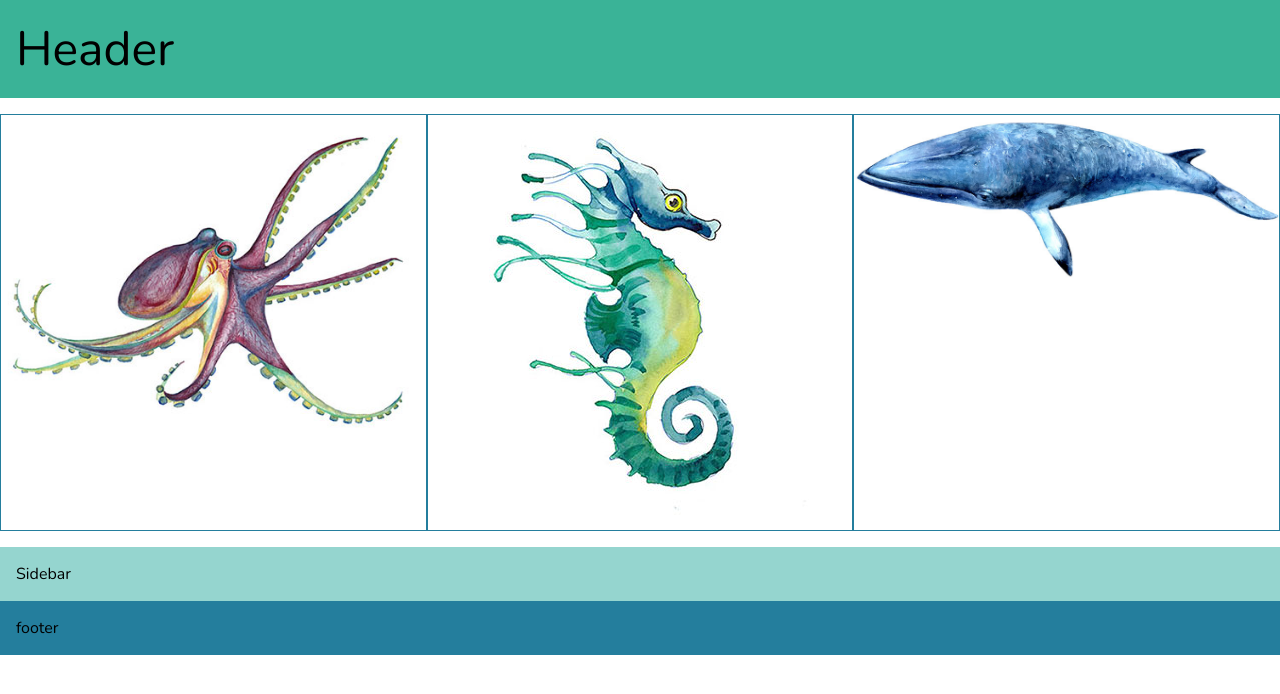
Repository: mariocapitbrok/css-combining-grid-and-flexbox-0207
Page: index.html
These files come from the project's save history. The page is drawn as it stood at one moment and after the next save; the edit follows.
The browser window is 1280 px wide. The pictures show the whole page.

Above is the page before, as saved 2022-10-07 09:08:31.

After the next save:
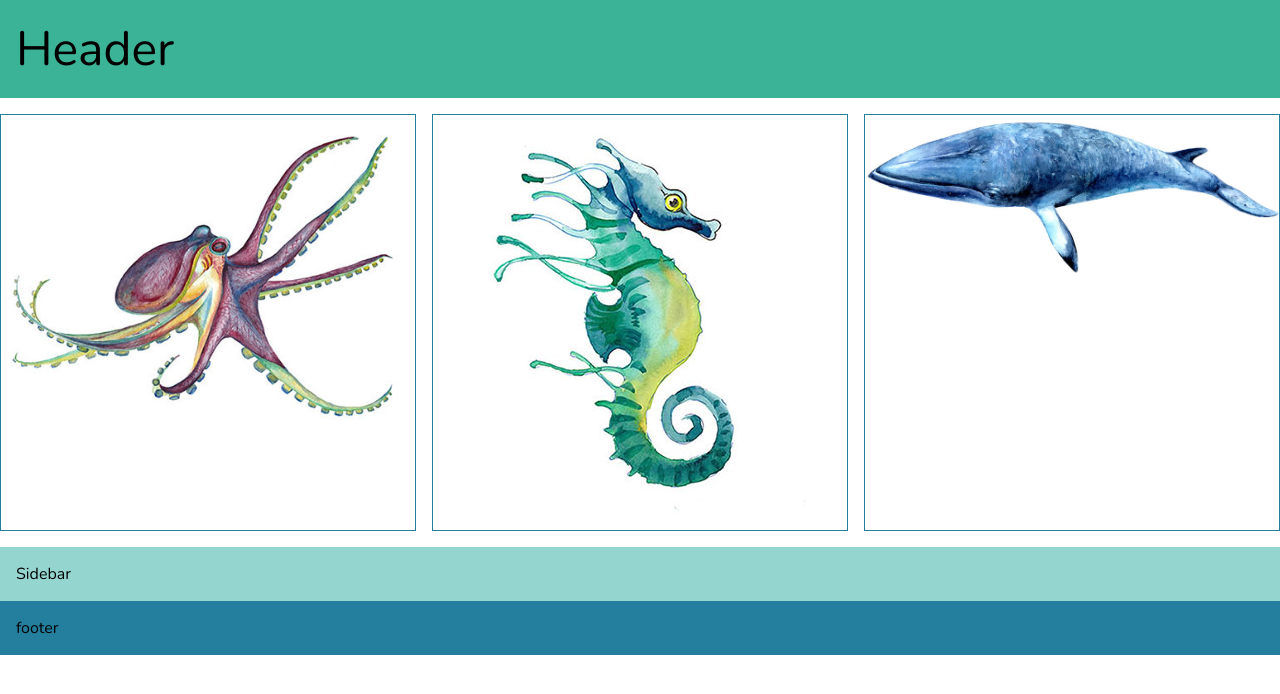
Saved 3 min 3 s later.
--- a/styles/base.css
+++ b/styles/base.css
@@ -31,7 +31,8 @@ main {
     margin: 1em 0;
     grid-area: main;
     display: grid;
-    grid-template-columns: repeat(auto-fit, minmax(300px, 1fr))
+    grid-template-columns: repeat(auto-fit, minmax(300px, 1fr));
+    grid-gap: 1em;
 }
 
 article {
